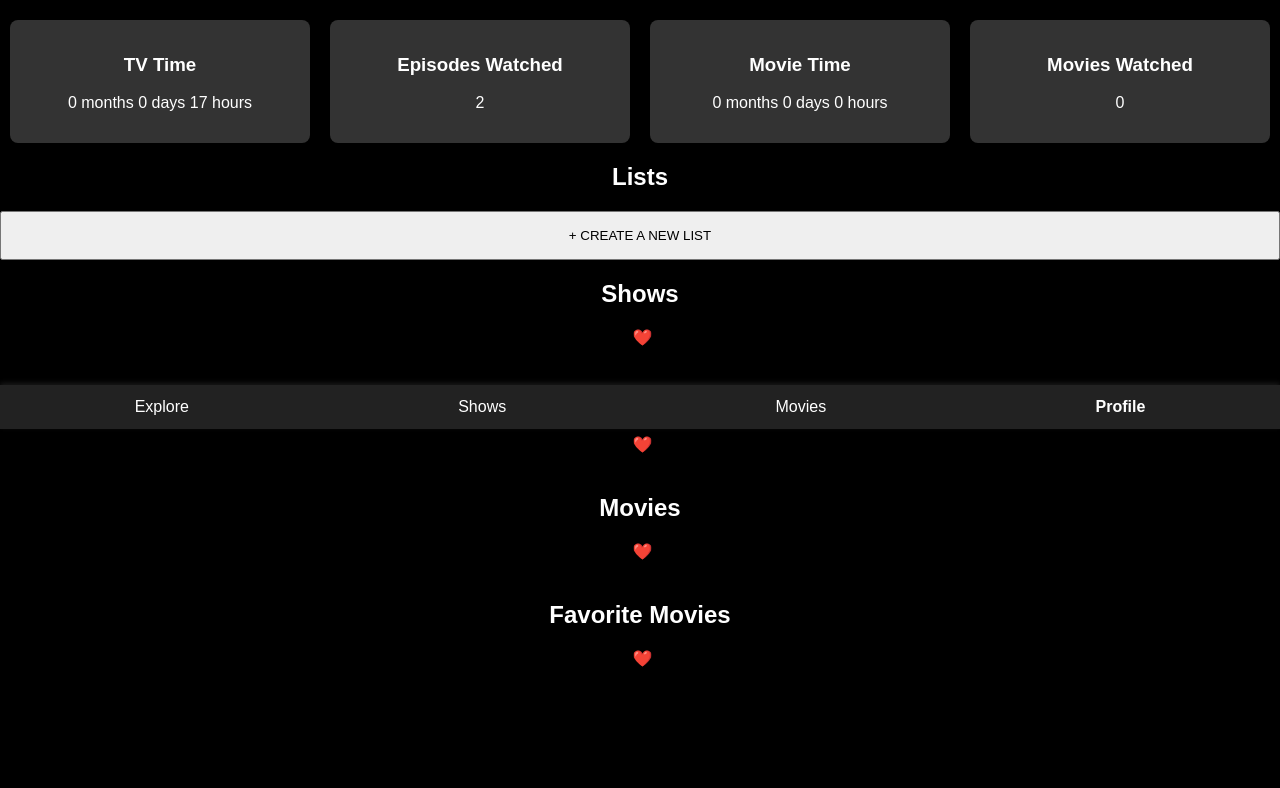
Repository: carson-jenkins-5/tracktv
Page: tracktv/frontend/profile.html
The author's editor kept a copy of each file at every save. The page is drawn from the files as they stood at one save, then again after the next save.
The browser window is 1280 px wide. The pictures show the part of the page from y = 291 to 1079 px (the page is 1079 px tall before and 1041 px after).
The page's requests for data from a server got no answer.

Above is the page before, as saved 2025-03-14 23:30:44.

### tracktv/frontend/profile.html
<!DOCTYPE html>
<html lang="en">
<head>
    <meta charset="UTF-8">
    <meta name="viewport" content="width=device-width, initial-scale=1.0">
    <title>Profile</title>
    <link rel="stylesheet" href="styles.css">
    <style>
        .profile-header {
            background-image: url('assets/profile-background.jpg'); /* Example background image */
            text-align: center;
            padding: 20px;
        }
        .profile-picture {
            width: 150px; /* Larger profile picture */
            height: 150px; /* Larger profile picture */
            border-radius: 50%; /* Circular profile picture */
            margin-bottom: 10px;
        }
        .username {
            font-size: 24px; /* Adjusted font size */
            margin: 10px 0;
        }
        .edit-profile {
            padding: 10px 20px; /* Adjusted padding */
            cursor: pointer;
        }
        .stats-container {
            display: flex; /* Flex container for stats */
            justify-content: space-between; /* Even spacing */
            margin: 20px 0; /* Spacing between sections */
        }
        .stat-box {
            background-color: #333; /* Darker background */
            color: white; /* Text color */
            border-radius: 8px; /* Rounded corners */
            padding: 15px; /* Consistent padding */
            flex: 1; /* Flex item */
            margin: 0 10px; /* Margin between boxes */
            text-align: center; /* Center text */
        }
        .lists-container, .favorites-container {
            margin: 20px 0; /* Spacing between sections */
        }
        .create-list {
            width: 100%; /* Full-width button */
            padding: 15px; /* Proper padding */
            cursor: pointer;
        }
        .favorites-carousel {
            display: flex; /* Horizontal layout for carousel */
            overflow-x: auto; /* Horizontally scrollable */
            padding: 10px 0; /* Padding for carousel */
        }
        .heart-icon {
            margin-left: 5px; /* Space between text and icon */
        }
        button {
            transition: background-color 0.3s; /* Hover effect */
        }
        button:hover {
            background-color: #555; /* Darker on hover */
        }
    </style>
</head>
<body>

    <!-- Profile Header -->
    <div class="profile-header">
        <div class="profile-info">
            <img src="assets/profile-placeholder.png" alt="Profile Picture" class="profile-picture">
            <h2 class="username">Carson Jenkins</h2>
            <button class="edit-profile">EDIT</button>
        </div>
    </div>

    <!-- Stats Section -->
    <div class="stats-container">
        <div class="stat-box">
            <h3>TV Time</h3>
            <p>0 months 0 days 17 hours</p>
        </div>
        <div class="stat-box">
            <h3>Episodes Watched</h3>
            <p>2</p>
        </div>
        <div class="stat-box">
            <h3>Movie Time</h3>
            <p>0 months 0 days 0 hours</p>
        </div>
        <div class="stat-box">
            <h3>Movies Watched</h3>
            <p>0</p>
        </div>
    </div>

    <!-- Lists Section -->
    <div class="lists-container">
        <h2>Lists</h2>
        <button class="create-list">+ CREATE A NEW LIST</button>
    </div>

    <!-- Shows Section -->
    <div class="favorites-container">
        <div class="favorite-header">
            <h2>Shows</h2>
            <span class="heart-icon">❤️</span>
        </div>
        <div class="favorites-carousel" id="favorite-shows"></div>
    </div>

    <!-- Favorite Shows Section -->
    <div class="favorites-container">
        <div class="favorite-header">
            <h2>Favorite Shows</h2>
            <span class="heart-icon">❤️</span>
        </div>
        <div class="favorites-carousel" id="favorite-shows"></div>
    </div>

    <!-- Movies Section -->
    <div class="favorites-container">
        <div class="favorite-header">
            <h2>Movies</h2>
            <span class="heart-icon">❤️</span>
        </div>
        <div class="favorites-carousel" id="favorite-movies"></div>
    </div>

    <!-- Favorite Movies Section -->
    <div class="favorites-container">
        <div class="favorite-header">
            <h2>Favorite Movies</h2>
            <span class="heart-icon">❤️</span>
        </div>
        <div class="favorites-carousel" id="favorite-movies"></div>
    </div>

    <!-- Navbar -->
    <nav class="navbar">
        <button onclick="window.location.href='index.html'">Explore</button>
        <button onclick="window.location.href='shows.html'">Shows</button>
        <button onclick="window.location.href='movies.html'">Movies</button>
        <button class="active">Profile</button>
    </nav>

    <script src="script.js"></script>
</body>

### tracktv/frontend/styles.css
/* Global Styles */
body {
    font-family: Arial, sans-serif;
    background-color: black;
    color: white;
    margin: 0;
    padding: 0;
    text-align: center;
    padding-bottom: 80px;
}

/* Search Bar */
.search-bar-container {
    position: fixed;
    top: 0;
    left: 0;
    width: 100%;
    background-color: black;
    z-index: 1000;
    display: flex;
    align-items: center;
    justify-content: center;
    padding: 12px;
    box-shadow: 0px 2px 5px rgba(255, 255, 255, 0.1);
}
.search-bar {
    flex-grow: 1;
    max-width: 80%;
    padding: 10px;
    border-radius: 20px;
    font-size: 16px;
    border: 1px solid rgba(255, 255, 255, 0.3);
    background-color: #222;
    color: white;
    outline: none;
}

/* Cancel Button */
#cancel-btn {
    background: none;
    border: none;
    color: #008CDA;
    font-size: 16px;
    font-weight: bold;
    margin-left: 12px;
    cursor: pointer;
    transition: color 0.3s ease;
}
#cancel-btn:hover {
    color: #00aaff;
}

/* Search Results */
#search-results {
    width: 90%;
    background-color: #000;
    margin: 10px auto;
    border-radius: 8px;
    overflow-y: auto;
    padding: 10px;
}
.search-item {
    display: flex;
    align-items: center;
    padding: 12px;
    border-bottom: 1px solid rgba(255, 255, 255, 0.3);
}
.search-item img {
    width: 60px;
    height: 90px;
    border-radius: 5px;
    margin-right: 15px;
}
.search-info {
    flex-grow: 1;
}
.search-title {
    color: white;
    font-size: 16px;
    font-weight: bold;
    margin: 0;
}
.search-subtitle {
    color: rgba(255, 255, 255, 0.6);
    font-size: 14px;
    margin: 3px 0;
}

/* Add Button */
.add-button {
    background-color: #008CDA;
    color: white;
    border: none;
    font-size: 18px;
    font-weight: bold;
    width: 36px;
    height: 36px;
    border-radius: 50%;
    cursor: pointer;
    display: flex;
    align-items: center;
    justify-content: center;
}

/* Carousel */
.carousel {
    display: flex;
    overflow-x: auto;
    gap: 10px;
    padding: 10px;
}

/* Navbar */
.navbar, .bottom-nav {
    position: fixed;
    bottom: 0;
    width: 100%;
    background-color: #222;
    display: flex;
    justify-content: space-around;
    padding: 12px 0;
    box-shadow: 0px -2px 5px rgba(255, 255, 255, 0.1);
    z-index: 1000;
}
.navbar button, .bottom-nav button {
    background: none;
    border: none;
    color: white;
    font-size: 16px;
    cursor: pointer;
}
.navbar button.active, .bottom-nav button.active {
    font-weight: bold;
}

/* Tabs */
.tabs {
    display: flex;
    justify-content: center;
    padding: 10px;
    background: black;
    border-bottom: 2px solid white;
}
.tabs span {
    margin: 0 15px;
    padding: 5px 0;
    font-size: 16px;
    color: rgba(255, 255, 255, 0.7);
    cursor: pointer;
}
.tabs .active {
    border-bottom: 2px solid white;
    color: white;
}

/* Empty Watchlist */
.empty-state {
    text-align: center;
    padding: 50px 20px;
}
.empty-state img {
    width: 120px;
    margin-bottom: 15px;
}
.empty-state h2 {
    font-size: 20px;
    margin-bottom: 5px;
}
.empty-state p {
    font-size: 14px;
    color: rgba(255, 255, 255, 0.6);
    margin-bottom: 15px;
}
.empty-state button {
    background-color: #008CDA;
    color: white;
    padding: 10px 20px;
    border: none;
    font-size: 16px;
    cursor: pointer;
    border-radius: 5px;
}

/* Watchlist */
#watchlist-container {
    padding: 20px;
    text-align: left;
}
.watchlist-item {
    display: flex;
    align-items: center;
    padding: 15px;
    border-bottom: 1px solid rgba(255, 255, 255, 0.2);
}
.watchlist-item img {
    width: 80px;
    height: 120px;
    border-radius: 5px;
    margin-right: 15px;
}
.watchlist-info {
    flex-grow: 1;
}
.watchlist-title {
    font-size: 18px;
    font-weight: bold;
    margin: 0;
}
.watchlist-subtitle {
    font-size: 14px;
    color: rgba(255, 255, 255, 0.6);
}
.watchlist-actions {
    display: flex;
    align-items: center;
}

/* Buttons */
.watch-button,
.remove-button {
    background: none;
    border: none;
    color: white;
    font-size: 18px;
    cursor: pointer;
    padding: 5px 10px;
}
.browse-button {
    background-color: #008CDA;
    color: white;
    padding: 10px 20px;
    border: none;
    font-size: 16px;
    cursor: pointer;
    border-radius: 5px;
    margin-top: 20px;
}

/* Media Items */
.show-item {
    position: relative;
    width: 150px; /* Ensure consistent width */
    flex-shrink: 0; /* Prevent items from collapsing */
}
.show-item img {
    width: 100%;
    border-radius: 5px;
    display: block;
}

/* Add button */
.explore-add-button {
    position: absolute;
    top: 5px;
    right: 5px;
    width: 28px;
    height: 28px;
    background-color: #008CDA;
    color: white;
    font-size: 18px;
    font-weight: bold;
    border: none;
    border-radius: 50%;
    cursor: pointer;
    display: flex;
    align-items: center;
    justify-content: center;
    opacity: 0.85;
    transition: opacity 0.3s;
}
.explore-add-button:hover {
    opacity: 1;
}

/* Options Menu */
.menu-button {
    background: none;
    border: none;
    color: white;
    font-size: 20px;
    cursor: pointer;
    padding: 5px;
}
.menu-dropdown {
    display: none;
    position: absolute;
    right: 0;
    background: rgba(50, 50, 50, 0.9);
    border-radius: 5px;
    overflow: hidden;
    box-shadow: 0 2px 10px rgba(0, 0, 0, 0.2);
}
.menu-dropdown.show {
    display: block;
}
.menu-dropdown button {
    background: none;
    border: none;
    color: white;
    padding: 10px 15px;
    width: 100%;
    text-align: left;
    font-size: 14px;
    cursor: pointer;
}
.menu-dropdown button:hover {
    background: rgba(255, 255, 255, 0.1);
.watchlist-dropdown button:hover {
}

/* Profile Page Styles */
.profile-header {
    position: relative;
    height: 250px;
    background: url('assets/profile-bg.jpg') center/cover no-repeat;
    display: flex;
    flex-direction: column;
    align-items: center;
    justify-content: center;
    text-align: center;
    color: white;
}
.profile-picture {
    width: 120px;
    height: 120px;
    border-radius: 50%;
    border: 3px solid white;
    margin-bottom: 10px;
}
.username {
    font-size: 24px;
    font-weight: bold;
    margin-bottom: 5px;
}
.edit-profile {
    background: rgba(255, 255, 255, 0.2);
    color: white;
    border: none;
    padding: 8px 15px;
    border-radius: 5px;
    cursor: pointer;
    font-size: 14px;
}

/* Stats Section */
.stats-container {
    display: flex;
    justify-content: space-around;
    padding: 20px;
    text-align: center;
}
.stat-box {
    background: rgba(255, 255, 255, 0.1);
    padding: 15px;
    border-radius: 10px;
    min-width: 80px;
    text-align: center;
}
.stat-box h3 {
    font-size: 14px;
    margin-bottom: 5px;
}
.stat-box p {
    font-size: 16px;
    font-weight: bold;
}

/* Lists & Favorites */
.lists-container, .favorites-container {
    margin: 40px 20px;
}
.lists-container h2,
.favorites-container h2 {
    font-size: 18px;
    margin-bottom: 10px;
    text-align: left;
}
.create-list {
    background: rgba(255, 255, 255, 0.2);
    color: white;
    border: none;
    padding: 10px;
    border-radius: 5px;
    width: 100%;
    cursor: pointer;
}
.favorites-carousel {
    display: flex;
    overflow-x: auto;
    gap: 10px;
    padding: 10px 0;
    white-space: nowrap;
}
.favorites-carousel img {
    width: 100px;
    border-radius: 5px;
}

/* Favorite Headers */
.favorite-header {
    display: flex;
    align-items: center;
    justify-content: space-between;
    padding: 10px 0;
}
.favorite-header .heart-icon {
    color: red;
    font-size: 18px;
    margin-right: 5px;
}

/* New Shows and Movies Section */
.shows-section, .movies-section {
    margin: 20px 0;
    padding: 10px;
    background-color: #222;
    border-radius: 8px;
}
.shows-section h2, .movies-section h2 {
    font-size: 18px;
    color: white;
    margin-bottom: 10px;
}
.shows-carousel, .movies-carousel {
    display: flex;
    overflow-x: auto;
    gap: 10px;
    padding: 10px 0;
}
.show-item, .movie-item {
    position: relative;
    width: 150px; /* Ensure consistent width */
    flex-shrink: 0; /* Prevent items from collapsing */
}
.show-item img, .movie-item img {
    width: 100%;
    border-radius: 5px;
    display: block;
}

### tracktv/frontend/script.js
document.addEventListener("DOMContentLoaded", async function () {
    const trendingShowsContainer = document.getElementById("trending-shows");
    const trendingMoviesContainer = document.getElementById("trending-movies");
    const searchInput = document.getElementById("search-input");
    const searchForm = document.getElementById("search-form");
    const cancelBtn = document.getElementById("cancel-btn");
    const navbar = document.getElementById("navbar");

    //  Load Trending Shows
    if (trendingShowsContainer) {
        try {
            const trendingShows = await fetchTrendingShows();
            trendingShows.forEach(show => {
                const div = document.createElement("div");
                div.classList.add("media-container");

                div.innerHTML = `
                    <img src="https://image.tmdb.org/t/p/w200${show.poster_path}" alt="${show.name}">
                    <button class="add-button" onclick="addToWatchlist('${show.id}', '${show.name}', '${show.poster_path}', 'show')">+</button>
                `;

                trendingShowsContainer.appendChild(div);
            });
        } catch (error) {
            console.error("Error fetching trending shows:", error);
        }
    }

    //  Load Trending Movies
    if (trendingMoviesContainer) {
        try {
            const trendingMovies = await fetchTrendingMovies();
            trendingMovies.forEach(movie => {
                const div = document.createElement("div");
                div.classList.add("media-container");

                div.innerHTML = `
                    <img src="https://image.tmdb.org/t/p/w200${movie.poster_path}" alt="${movie.title}">
                    <button class="add-button" onclick="addToWatchlist('${movie.id}', '${movie.title}', '${movie.poster_path}', 'movie')">+</button>
                `;

                trendingMoviesContainer.appendChild(div);
            });
        } catch (error) {
            console.error("Error fetching trending movies:", error);
        }
    }

    //  Handle Search (Submit Button & Enter Key)
    function handleSearch() {
        const query = searchInput.value.trim();
        if (query.length > 0) {
            window.location.href = `search.html?q=${encodeURIComponent(query)}`;
        }
    }

    if (searchForm) {
        searchForm.addEventListener("submit", function (e) {
            e.preventDefault();
            handleSearch();
        });
    }

    if (searchInput) {
        searchInput.addEventListener("keydown", function (event) {
            if (event.key === "Enter") {
                event.preventDefault();
                handleSearch();
            }
        });
    }

    //  Cancel Button: Go Back
    if (cancelBtn) {
        cancelBtn.addEventListener("click", function () {
            window.history.back();
        });
    }

    //  Navbar Navigation
    if (navbar) {
        navbar.addEventListener("click", function (e) {
            const targetPage = e.target.getAttribute("data-page");
            if (targetPage) {
                window.location.href = `${targetPage}.html`;
            }
        });
    }
});

//  Function to Add to Watchlist
async function addToWatchlist(id, title, posterPath, type) {
    const media = { id, title, image: `https://image.tmdb.org/t/p/w200${posterPath}`, type };

    try {
        const response = await fetch("/backend/watchlist", {
            method: "POST",
            headers: { "Content-Type": "application/json" },
            body: JSON.stringify(media),
        });

        if (response.ok) {
            alert(`${title} added to watchlist!`);
        } else {
            alert("Already in watchlist or error occurred.");
        }
    } catch (error) {
        console.error("Error adding to watchlist:", error);
    }
}

//  Fetch Trending Shows
async function fetchTrendingShows() {
    const response = await fetch("https://api.themoviedb.org/3/tv/popular?api_key=68d6cd9baadb236523ec6497d0e352a5");
    const data = await response.json();
    return data.results.map(show => ({
        id: show.id,
        name: show.name,
        poster_path: show.poster_path
    }));
}

//  Fetch Trending Movies
async function fetchTrendingMovies() {
    const response = await fetch("https://api.themoviedb.org/3/movie/popular?api_key=68d6cd9baadb236523ec6497d0e352a5");
    const data = await response.json();
    return data.results.map(movie => ({
        id: movie.id,
        title: movie.title,
        poster_path: movie.poster_path
    }));
}

After the next save:
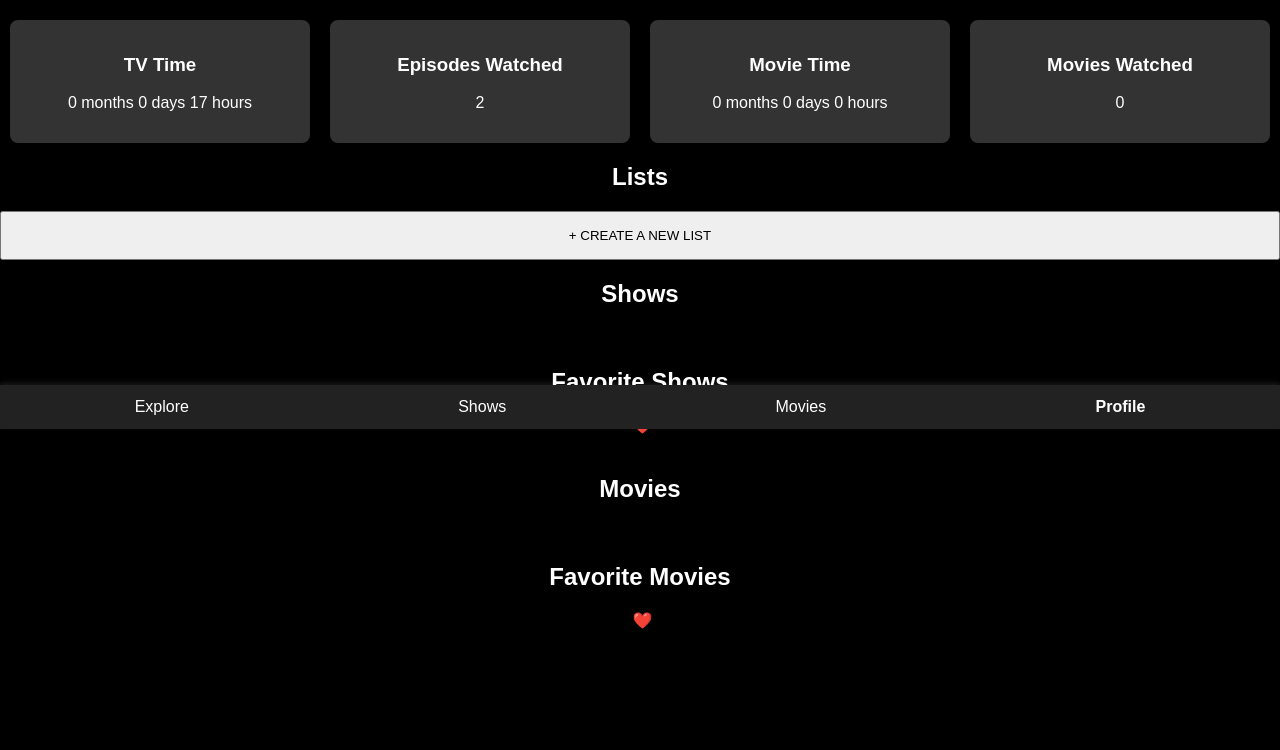
Saved 3 min 36 s later.
--- a/tracktv/frontend/profile.html
+++ b/tracktv/frontend/profile.html
@@ -102,11 +102,8 @@
 
     <!-- Shows Section -->
     <div class="favorites-container">
-        <div class="favorite-header">
-            <h2>Shows</h2>
-            <span class="heart-icon">❤️</span>
-        </div>
-        <div class="favorites-carousel" id="favorite-shows"></div>
+        <h2>Shows</h2>
+        <div class="favorites-carousel" id="profile-shows"></div>
     </div>
 
     <!-- Favorite Shows Section -->
@@ -120,11 +117,8 @@
 
     <!-- Movies Section -->
     <div class="favorites-container">
-        <div class="favorite-header">
-            <h2>Movies</h2>
-            <span class="heart-icon">❤️</span>
-        </div>
-        <div class="favorites-carousel" id="favorite-movies"></div>
+        <h2>Movies</h2>
+        <div class="favorites-carousel" id="profile-movies"></div>
     </div>
 
     <!-- Favorite Movies Section -->
--- a/tracktv/frontend/script.js
+++ b/tracktv/frontend/script.js
@@ -86,6 +86,45 @@ document.addEventListener("DOMContentLoaded", async function () {
             }
         });
     }
+
+    // Load Profile Watchlist
+    async function loadProfileWatchlist() {
+        try {
+            const response = await fetch("/backend/watchlist");
+            const watchlist = await response.json();
+
+            const showsContainer = document.getElementById("profile-shows");
+            const moviesContainer = document.getElementById("profile-movies");
+
+            showsContainer.innerHTML = "";
+            moviesContainer.innerHTML = "";
+
+            watchlist.forEach(item => {
+                const div = document.createElement("div");
+                div.classList.add("watchlist-item");
+
+                div.innerHTML = `
+                    <img src="${item.image}" alt="${item.title}">
+                    <div class="watchlist-info">
+                        <p class="watchlist-title">${item.title}</p>
+                    </div>
+                `;
+
+                if (item.type === "show") {
+                    showsContainer.appendChild(div);
+                } else if (item.type === "movie") {
+                    moviesContainer.appendChild(div);
+                }
+            });
+        } catch (error) {
+            console.error("Error loading profile watchlist:", error);
+        }
+    }
+
+    // Ensure the function runs on profile page load
+    if (document.getElementById("profile-shows") && document.getElementById("profile-movies")) {
+        loadProfileWatchlist();
+    }
 });
 
 //  Function to Add to Watchlist
